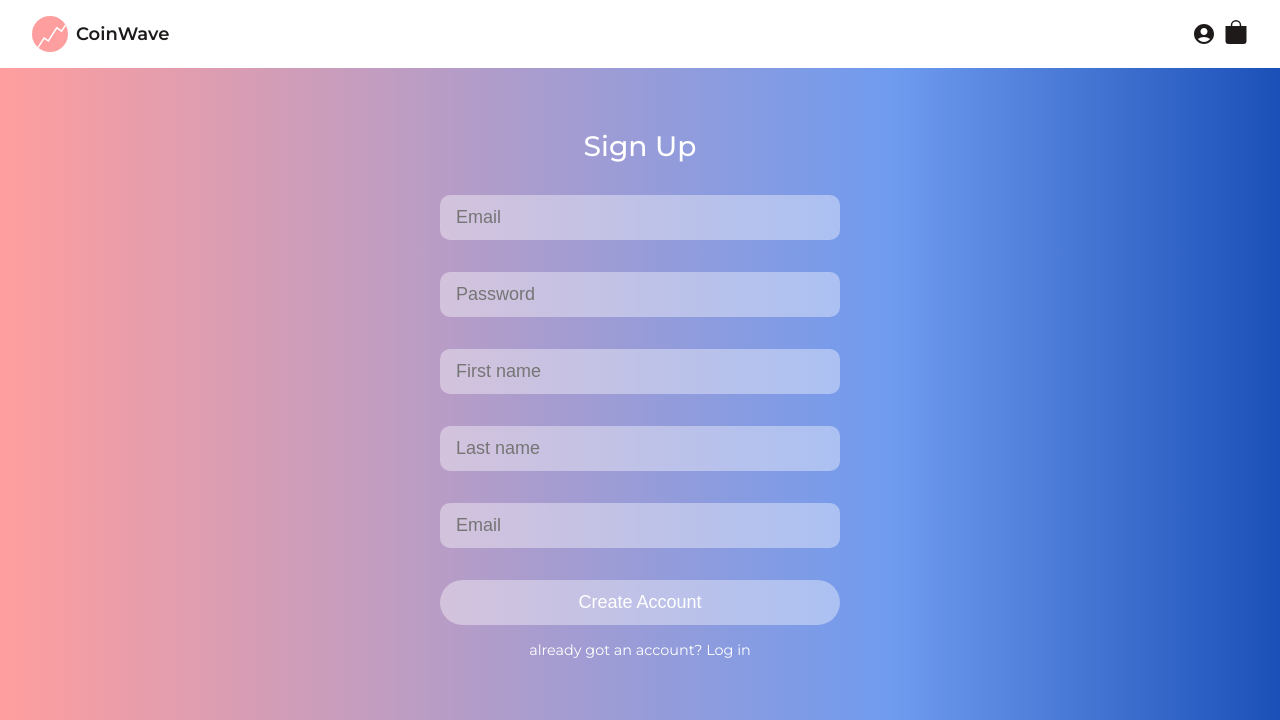
Repository: David-Waite/CoinWave
Page: /SignUp
An editor plug-in stored every save of this project. The page is shown before and after the next save, followed by the edit.
The browser window is 1280 px wide. The pictures show the whole page.
The project was rebuilt for these pictures with package versions that can differ from the ones it lists, and the page was loaded fresh each time. The framework's server and built-in components were replaced by stand-ins that run in the browser. Also part of the build but not shown: next.config.js, app/components/Footer/Footer.module.css, app/components/Footer/Footer.js.

Above is the page before, as saved 2023-10-09 14:52:05.

After the next save:
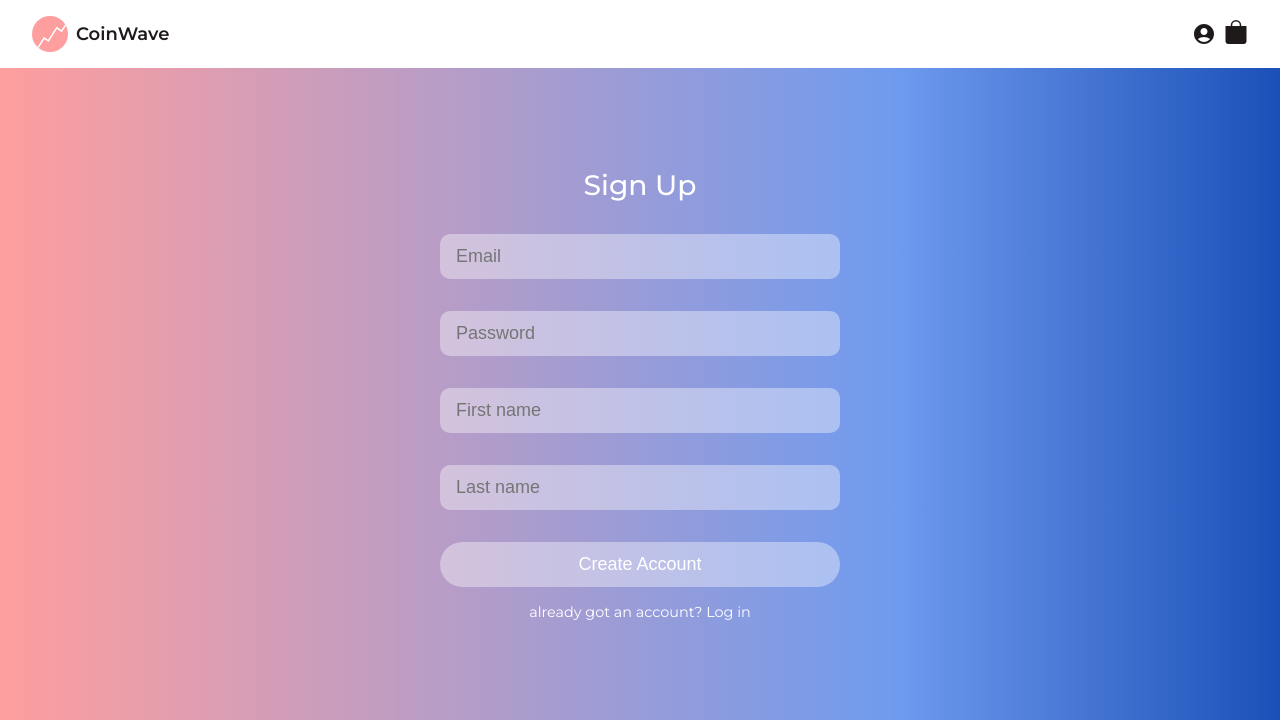
Saved 41 s later.
--- a/app/SignUp/page.js
+++ b/app/SignUp/page.js
@@ -13,7 +13,6 @@ export default function SignUp() {
     password: "",
     firstName: "",
     lastName: "",
-    email: "",
   });
 
   const router = useRouter();
@@ -29,11 +28,12 @@ export default function SignUp() {
     });
   }
 
-  function signup(username, password) {
+  function signup() {
     axios
       .post("/signup", {
-        username: username,
+        email: formData.email,
         password: password,
+        em,
       })
       .then(function (response) {
         console.log(response);
@@ -94,14 +94,6 @@ export default function SignUp() {
           name="lastName"
           value={formData.lastName}
         />
-        <input
-          className={styles.password}
-          type="email"
-          placeholder="Email"
-          onChange={handleChange}
-          name="firstName"
-          value={formData.email}
-        />
 
         <button className={styles.loginBtn}>Create Account</button>
         <Link className={styles.login} href={"/login"}>
